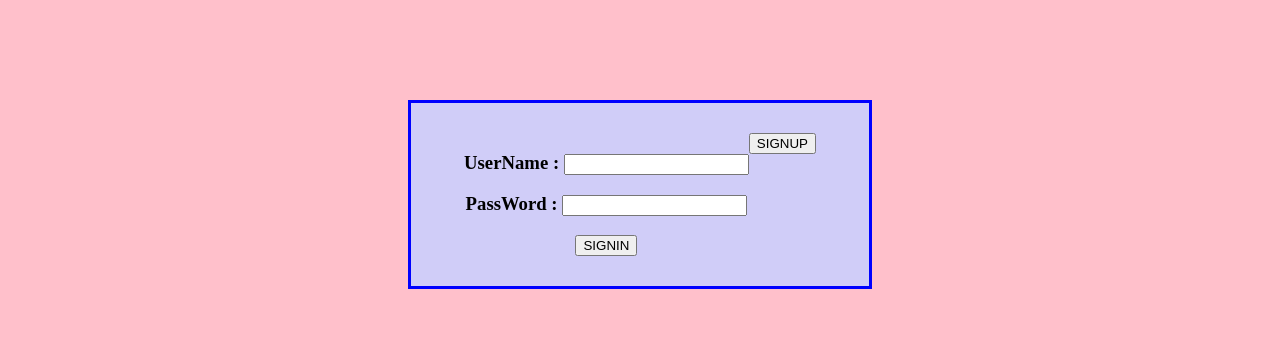
Repository: Vamsigundubogula/E-Commerce-Website
Page: http://localhost/E-commerce-website/login.jsp
An editor plug-in stored every save of this project. The page is shown before and after the next save, followed by the edit.
The browser window is 1280 px wide. The pictures show the whole page.
The page is served by Tomcat 9.

Above is the page before, as saved 2023-09-11 16:34:25.

After the next save:
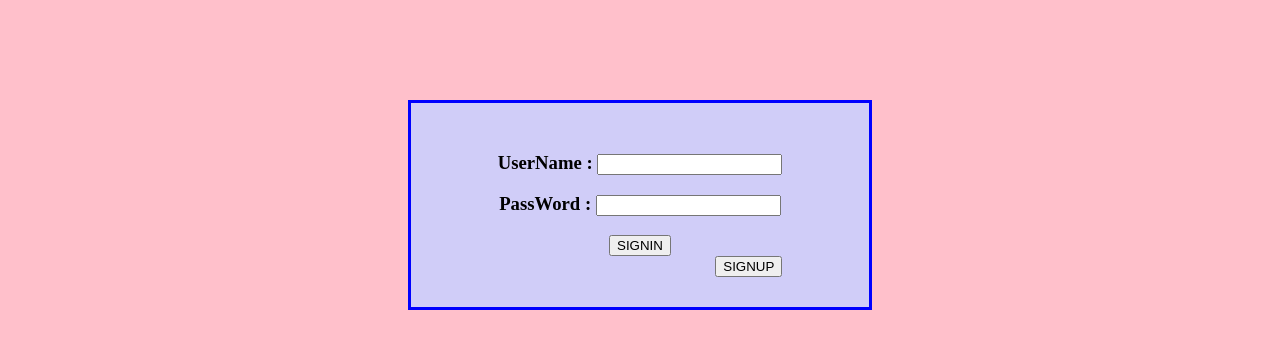
Saved 109 s later.
--- a/E-commerce-website/WebContent/login.jsp
+++ b/E-commerce-website/WebContent/login.jsp
@@ -14,6 +14,9 @@
   padding: 30px;
   background-color: rgb(208, 205, 248);
 }
+.content1{
+ justify-content:left;
+}
 </style>
 </head>
 <body bgcolor="pink">
@@ -21,10 +24,10 @@
     <form action="login" method="post" align="center">
     <h3>UserName : <input type="text" name="uname"></h3>
     <h3>PassWord : <input type="password" name="pass"></h3>
+    <div class="content1">
     <form action="login" align="left"><button type="submit">SIGNIN</button></form>
     <form action="signup.jsp" align="right"><button type="submit">SIGNUP</button></form>
-
-
+    </div>
 
     </form>
 
